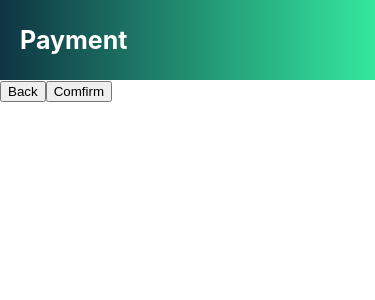
Repository: Yowani24/ecocarbon
Page: /payment
These files come from the project's save history. The page is drawn as it stood at one moment and after the next save; the edit follows.
The browser window is 375 px wide. The pictures show the whole page.
The project was rebuilt for these pictures with package versions that can differ from the ones it lists, and the page was loaded fresh each time. The framework's server and built-in components were replaced by stand-ins that run in the browser. Also part of the build but not shown: next.config.js.

Above is the page before, as saved 2021-09-28 16:18:24.

### pages/_app.js
import '../styles/globals.css'
import { CreditProvider } from './product/CreditList'

function MyApp({ Component, pageProps }) {
  return (
    <CreditProvider>
      <Component {...pageProps} />
    </CreditProvider>
  )
}

export default MyApp

### pages/payment/index.js
import React from 'react';
import Head from 'next/head'
import styles from './Payment.module.css'
import Link from 'next/link';


export default function Payment(props) {
    return (
       <>
        <Head>
            <title>Payment</title>
        </Head>

        <header className={styles.header}>
            <div className={styles.interface}>
                <div className={styles.header_content}>
                    <h1>Payment</h1>
                </div>
            </div>
        </header>

        <div className={styles.button_box}>
            <div className={styles.interface}>
                <span>
                    <Link href="/cart" passHref><button>Back</button></Link>
                    <button>Comfirm</button>
                </span>
            </div>
        </div>
       </>
    );
}

### styles/globals.css
html,
body {
  padding: 0;
  margin: 0;
  font-family: -apple-system, BlinkMacSystemFont, Segoe UI, Roboto, Oxygen,
    Ubuntu, Cantarell, Fira Sans, Droid Sans, Helvetica Neue, sans-serif;
}

a {
  color: inherit;
  text-decoration: none;
}

* {
  margin: 0;
  box-sizing: border-box;
}

### pages/product/CreditList.js
import React, { useState, createContext } from 'react';

export const CreditList = createContext();

export const CreditProvider = (props) => {
    const [credit, setCredit] = useState([
        {
            id: '1',
            product: 'Carbon Credit',
            price: 120,
            description: 'More details goes here like description',
        },
        {
            id: '2',
            product: 'Carbon Credit',
            price: 120,
            description: 'More details about the product'
        },
        {
            id: '3',
            product: 'Carbon Credit',
            price: 120,
            description: 'More details for the items'
        },
        {
            id: '4',
            product: 'Carbon Credit',
            price: 120,
            description: 'More details to provide about carb cred',
        }

    ]);

    const [cartItems, setCartItems] = useState([]);

    const onAdd = (credit) => {
        const exist = cartItems.find((x) => x.id === credit.id);
        if(exist) {
            setCartItems(cartItems.map((x) => x.id === credit.id ? {...exist, quantity: exist.quantity + 1} : x));
        }else{
            setCartItems([...cartItems, {...credit, quantity: 1}])
        }
    }

    const onRemove = (credit) => {
        const exist = cartItems.find((x) => x.id === credit.id);
        if(exist.quantity === 1) {
            setCartItems(cartItems.filter((x) => x.id !== credit.id));
        }else{
            setCartItems(cartItems.map((x) => x.id === credit.id ? {...exist, quantity: exist.quantity - 1} : x));
        }
    }

    return (
        <CreditList.Provider value={{credits:[credit, setCredit], cartContent:[cartItems, setCartItems], onAdd: onAdd, onRemove:onRemove }}>
            {props.children}
        </CreditList.Provider>
    );
}

### pages/payment/Payment.module.css
.interface{
    width: 80%;
    margin: 0 auto;
}

@media (max-width: 780px){
    .interface{
        width: 100%;
    }
}

/* ===========================HEADER=================== */
.header_content{
    height: 100px;
    display: flex;
    align-items: center;
    padding: 0 20px;
    color: #FFFFFF;

    background: #34e89e;
    background: -webkit-linear-gradient(to right, #0f3443, #34e89e);
    background: linear-gradient(to right, #0f3443, #34e89e);
}
.header_content h1{
    font-size: 25px;
}

@media (max-width: 780px){
    .header_content{
        padding: 0 40px;
        height: 80px;
    }
}

@media (max-width: 460px){
    .header_content{
        padding: 0 20px;
        font-size: 16px;
    }
}

/* ========================LIST====================== */

After the next save:
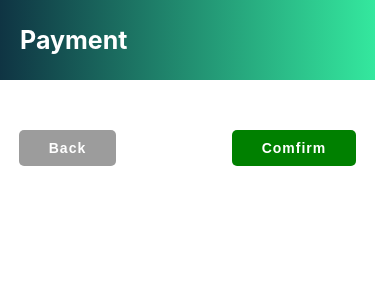
Saved 28 s later.
--- a/pages/payment/Payment.module.css
+++ b/pages/payment/Payment.module.css
@@ -39,4 +39,55 @@
     }
 }
 
-/* ========================LIST====================== */
+/* ================================BUTTON=================== */
+.button_box{
+    margin-top: 80px;
+}
+.button_box span{
+    display: flex;
+    justify-content: space-between;
+    width: 80%;
+    margin: 0 auto;
+}
+.button_box button:first-child{
+    background: rgb(156, 156, 156);
+}
+.button_box button:first-child:hover{
+    background: rgb(122, 120, 120);
+}
+.button_box button:first-child:active{
+    background: rgb(187, 184, 184);
+}
+
+.button_box button{
+    border: none;
+    background: green;
+    padding: 10px 40px;
+    font-size: 16px;
+    color: #FFFFFF;
+    letter-spacing: 1px;
+    border-radius: 5px;
+    cursor: pointer;
+    transition: .1s;
+    font-weight: bold;
+}
+
+.button_box button:nth-child(2):hover{
+    background: rgb(1, 92, 1);
+}
+.button_box button:nth-child(2):active{
+    background: rgb(13, 131, 13);
+}
+
+@media (max-width: 460px){
+    .button_box{
+        margin-top: 50px;
+    }
+    .button_box span{
+        width: 90%;
+    }
+    .button_box button{
+        padding: 10px 30px;
+        font-size: 14px;
+    }
+}
